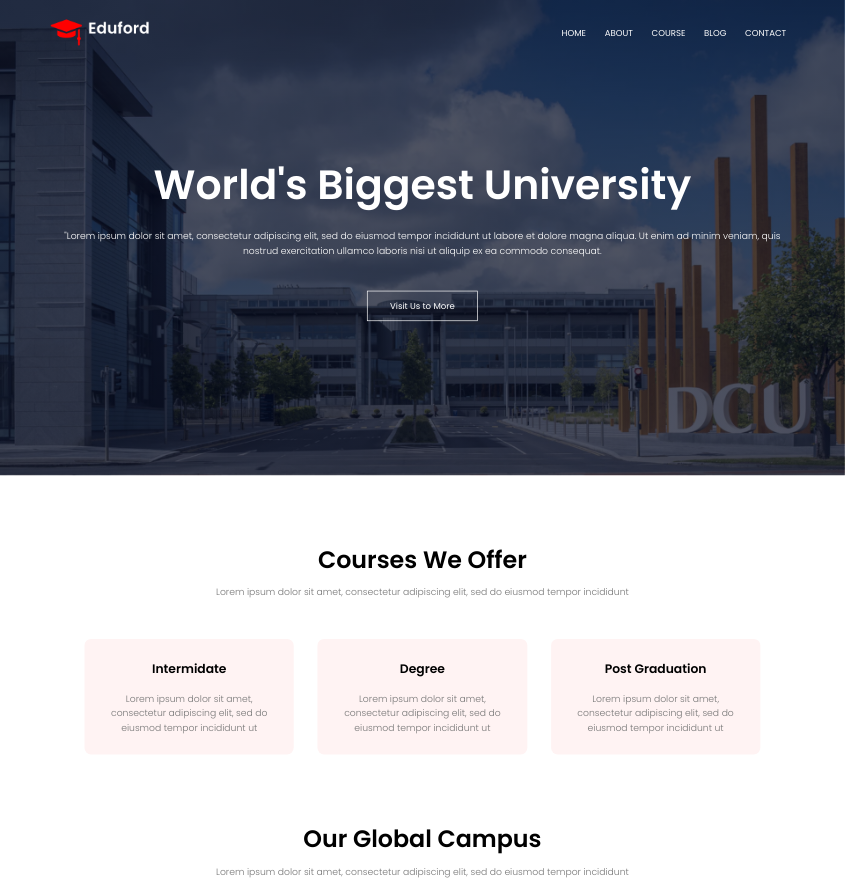
Repository: dewaary/company-profile
Page: index.html
These files come from the project's save history. The page is drawn as it stood at one moment and after the next save; the edit follows.
The browser window is 1280 px wide. The pictures show the whole page, at 66% of full size.

Above is the page before, as saved 2021-05-07 21:13:11.

After the next save:
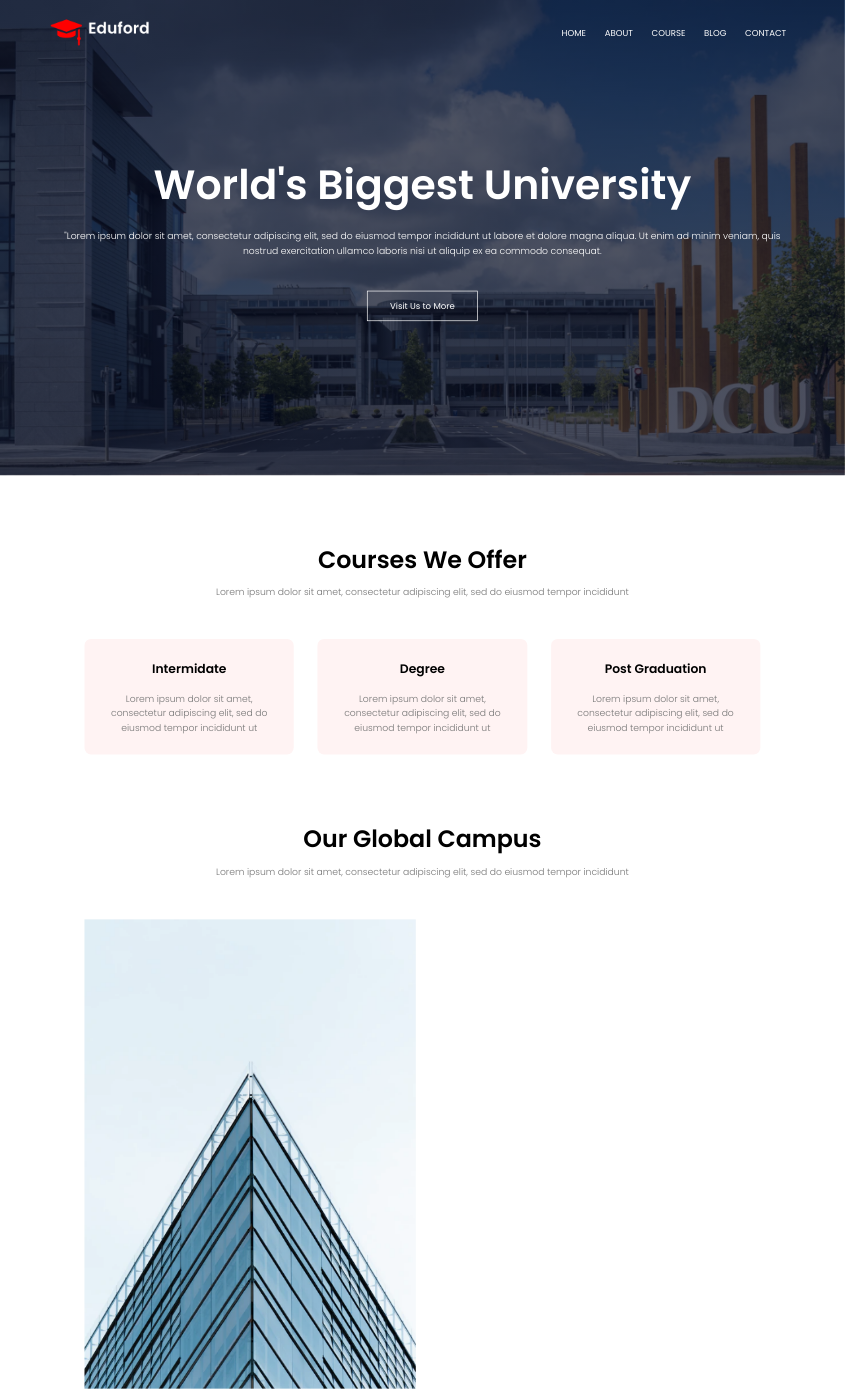
Saved 69 s later.
--- a/index.html
+++ b/index.html
@@ -67,7 +67,11 @@
     <section class="campus">
         <h1>Our Global Campus</h1>
         <p>Lorem ipsum dolor sit amet, consectetur adipiscing elit, sed do eiusmod tempor incididunt</p>
-
+        <div class="row">
+            <div class="campus-col">
+                <img src="images/london.png">
+            </div>
+        </div>
     </section>
 
 
